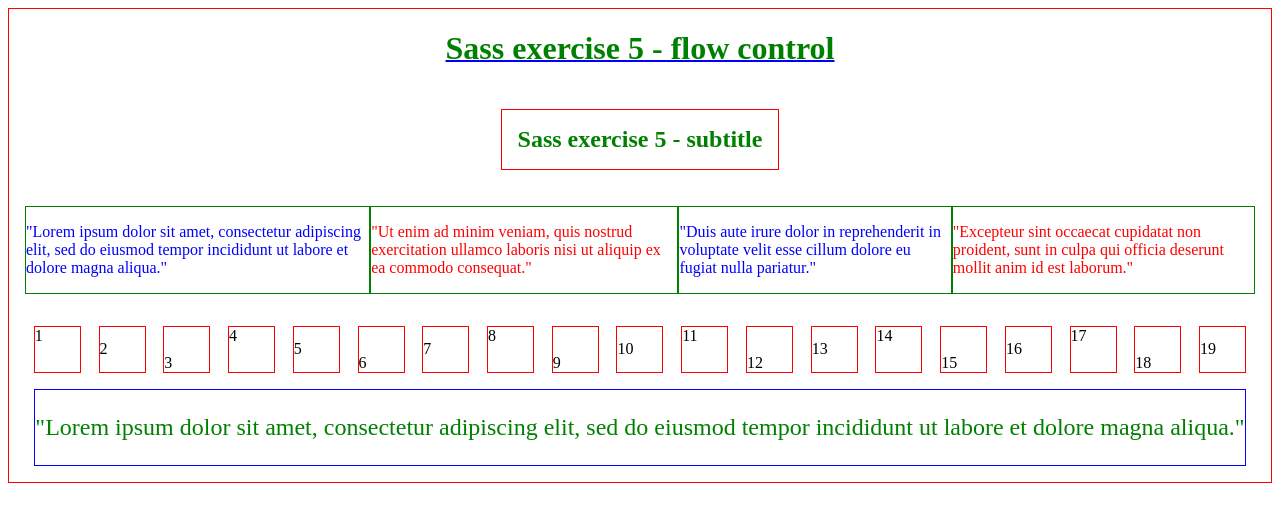
Repository: tr2cky/sass5
Page: index.html
These files come from the project's save history. The page is drawn as it stood at one moment and after a run of saves; the edit follows.
The browser window is 1280 px wide. The pictures show the whole page.
The style sheet was rebuilt from its Sass, Less or Tailwind sources for each picture, by a compiler version that may differ from the author's.

Above is the page before, as saved 2022-10-16 13:09:21.

### index.html
<!DOCTYPE html>
<html>
    <head>
        <title>Sass exercise 5 - flow control</title>
        <link rel="stylesheet" href="./style.css">
    </head>
    <body>
        <div class="exercise">
            <h1>Sass exercise 5 - flow control</h1>
            <h2>Sass exercise 5 - subtitle</h2>
            <section>
                <article>
                    <p>"Lorem ipsum dolor sit amet, consectetur adipiscing elit, sed do eiusmod tempor incididunt ut labore et dolore magna aliqua."</p>
                </article>
                <article>
                    <p>"Ut enim ad minim veniam, quis nostrud exercitation ullamco laboris nisi ut aliquip ex ea commodo consequat."</p>
                </article>
                <article>
                    <p>"Duis aute irure dolor in reprehenderit in voluptate velit esse cillum dolore eu fugiat nulla pariatur."</p>
                </article>
                <article>
                    <p>"Excepteur sint occaecat cupidatat non proident, sunt in culpa qui officia deserunt mollit anim id est laborum."</p>
                </article>
            </section>
            <section class="numbers">
                <div class="fs-1rem">1</div>
                <div class="fs-2rem">2</div>
                <div class="fs-3rem">3</div>
                <div class="fs-1rem">4</div>
                <div class="fs-2rem">5</div>
                <div class="fs-3rem">6</div>
                <div class="fs-2rem">7</div>
                <div class="fs-1rem">8</div>
                <div class="fs-3rem">9</div>
                <div class="fs-2rem">10</div>
                <div class="fs-1rem">11</div>
                <div class="fs-3rem">12</div>
                <div class="fs-2rem">13</div>
                <div class="fs-1rem">14</div>
                <div class="fs-3rem">15</div>
                <div class="fs-2rem">16</div>
                <div class="fs-1rem">17</div>
                <div class="fs-3rem">18</div>
                <div class="fs-2rem">19</div>
            </section>
            <section>
                <article>
                    <p>"Lorem ipsum dolor sit amet, consectetur adipiscing elit, sed do eiusmod tempor incididunt ut labore et dolore magna aliqua."</p>
                </article>
            </section>
        </div>
    </body>
</html>

### style.scss
@use "module1.scss";
@use "module2.scss";
@import "module3.scss";
$color-primary: module1.$color-primary;
$color-secondary: module1.$color-secondary;
$color-tertiary: module1.$color-tertiary;
$sizes: 1rem, 2rem, 3rem;
.numbers {
    grid-area: 4 / 1 / 5 / 5;
    display: flex;
    justify-content: space-around;

    & div {
        border: toRem(1) solid $color-primary;
        width: toRem(45);
        height: toRem(45);
    }
    @each $size in $sizes {
        @if $size == 1rem {
            .fs-1rem{
                font-size: $size;
            }

        }
    }
    & .fs-2rem {
        display: flex;
        align-items: center;
    }
    & .fs-3rem {
        display: flex;
        align-items: flex-end;
    }
}

### module1.scss
$color-primary: red;
$color-secondary: blue;
$color-tertiary: green;

@import "module3.scss";
.exercise {
    display: grid;
    grid-template-columns: repeat(4, 1fr);
    border: toRem(1) solid $color-primary;
    h1 {
        color: $color-tertiary;
        grid-column: 1/ span 4;
        justify-self: center;
        text-decoration: underline $color-secondary toRem(2);
    }
    h2 {
        @extend h1;
        padding: toRem(16);
        border: toRem(1) solid red;
        text-decoration: none;
    }
    section {
        grid-column: 1 / 5;
        display: flex;
        margin: toRem(16);
    }
}

### module3.scss

@function toRem($value) {
    $remValue: ($value / 16) + rem;
    @return $remValue;
}

### module2.scss
@use "module1.scss";
@import "module3.scss";
$color-primary: module1.$color-primary;
$color-secondary: module1.$color-secondary;
$color-tertiary: module1.$color-tertiary;
@mixin article-card ($color, $border-color: $color-tertiary, $font-size: toRem(16)) {
    color: $color;
    border: toRem(1) solid;
    border-color: $border-color;
    font-size: $font-size;
}
section:nth-of-type(1) {
    article:nth-of-type(odd){
    @include article-card($color-secondary);
    }
    article:nth-of-type(even){
    @include article-card($color-primary);
}
}
section:nth-of-type(3) {
    article {
        @include article-card($color-tertiary, $color-secondary, toRem(24));
    }
    margin-top: toRem(0);
    place-self: center;
}

After the next 2 saves:
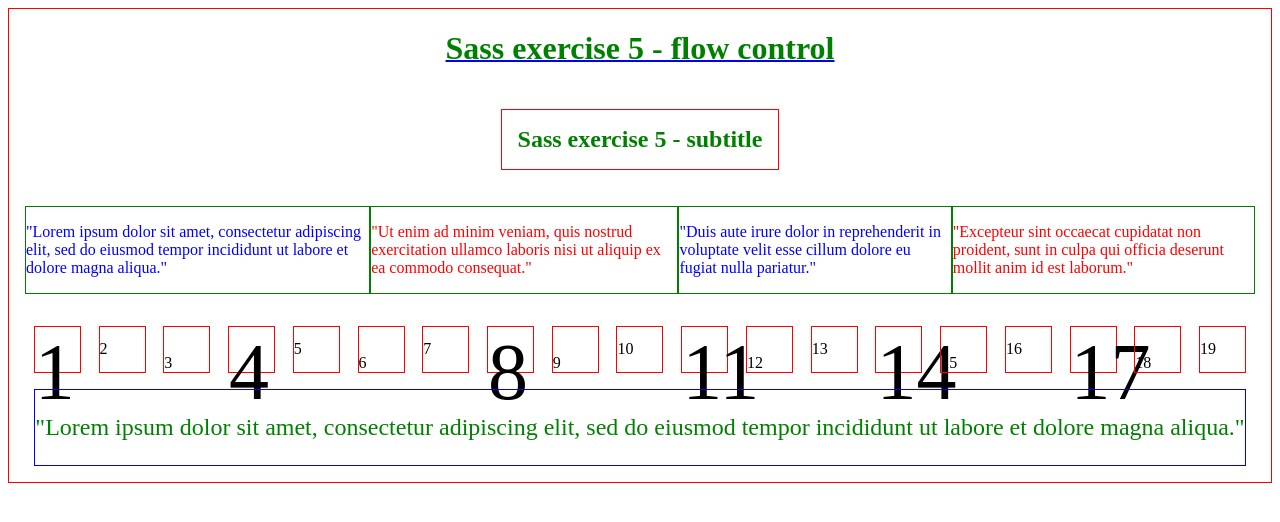
The 2 saves are shown as one change because they came seconds apart.
The last was saved 6 s later.
--- a/style.scss
+++ b/style.scss
@@ -18,7 +18,7 @@
     @each $size in $sizes {
         @if $size == 1rem {
             .fs-1rem{
-                font-size: $size;
+                font-size: $size * 5;
             }
 
         }

After the 2 saves that followed:
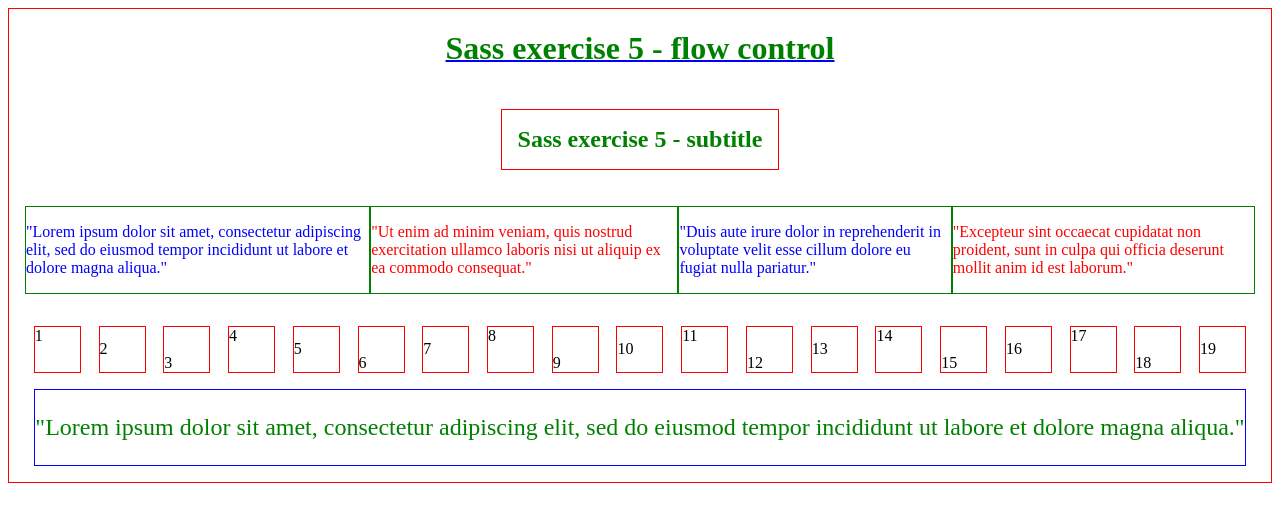
The 2 saves are shown as one change because they came seconds apart.
The last was saved 15 s later.
--- a/style.scss
+++ b/style.scss
@@ -18,7 +18,7 @@
     @each $size in $sizes {
         @if $size == 1rem {
             .fs-1rem{
-                font-size: $size * 5;
+                font-size: $size;
             }
 
         }
